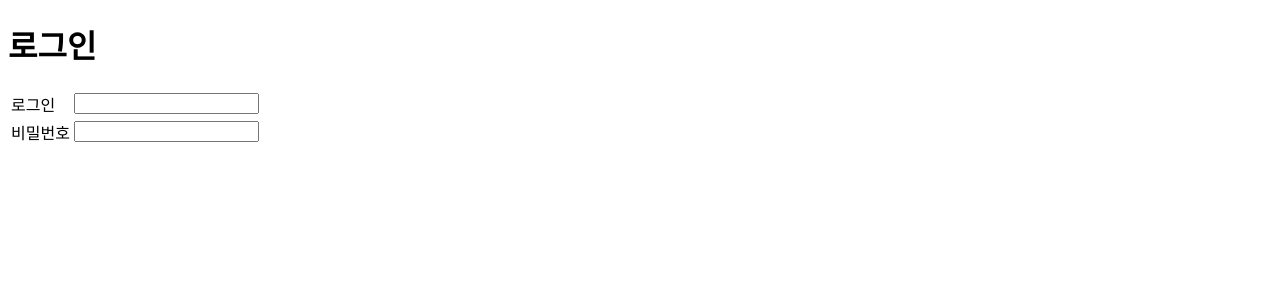
Repository: Yousehyeon/spring_work
Page: stsMvcProj/src/main/webapp/views/cookie/login.html
These files come from the project's save history. The page is drawn as it stood at one moment and after a run of saves; the edit follows.
The browser window is 1280 px wide. The pictures show the whole page.

Above is the page before, as saved 2023-08-22 07:00:48.

### stsMvcProj/src/main/webapp/views/cookie/login.html
<!DOCTYPE html>
<html xmlns="http://www.thymeleaf.org">
<head>
<meta charset="UTF-8">
<title>로그인</title>
</head>
<body>
<h1>로그인</h1>
<form action="">
	<table>
		<tr>
			<td>로그인</td>
			<td><input type="text" name="lid"></td>
		</tr>
		<tr>
			<td>비밀번호</td>
			<td><input type="text" name="lpw"></td>
		</tr>
	</table>
</form>
</body>
</html>

After the next 2 saves:
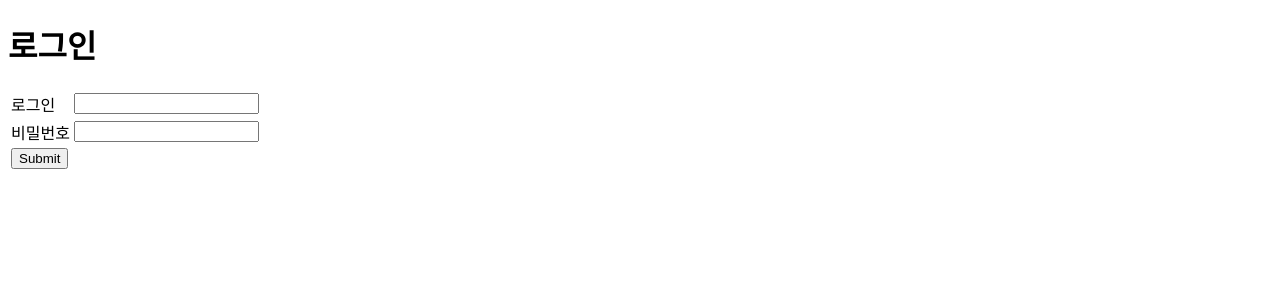
The 2 saves are shown as one change because they came seconds apart.
The last was saved 6 min 25 s later.
--- a/stsMvcProj/src/main/webapp/views/cookie/login.html
+++ b/stsMvcProj/src/main/webapp/views/cookie/login.html
@@ -16,6 +16,9 @@
 			<td>비밀번호</td>
 			<td><input type="text" name="lpw"></td>
 		</tr>
+		<tr>
+			<td><input type="submit"> </td>
+		</tr>
 	</table>
 </form>
 </body>
